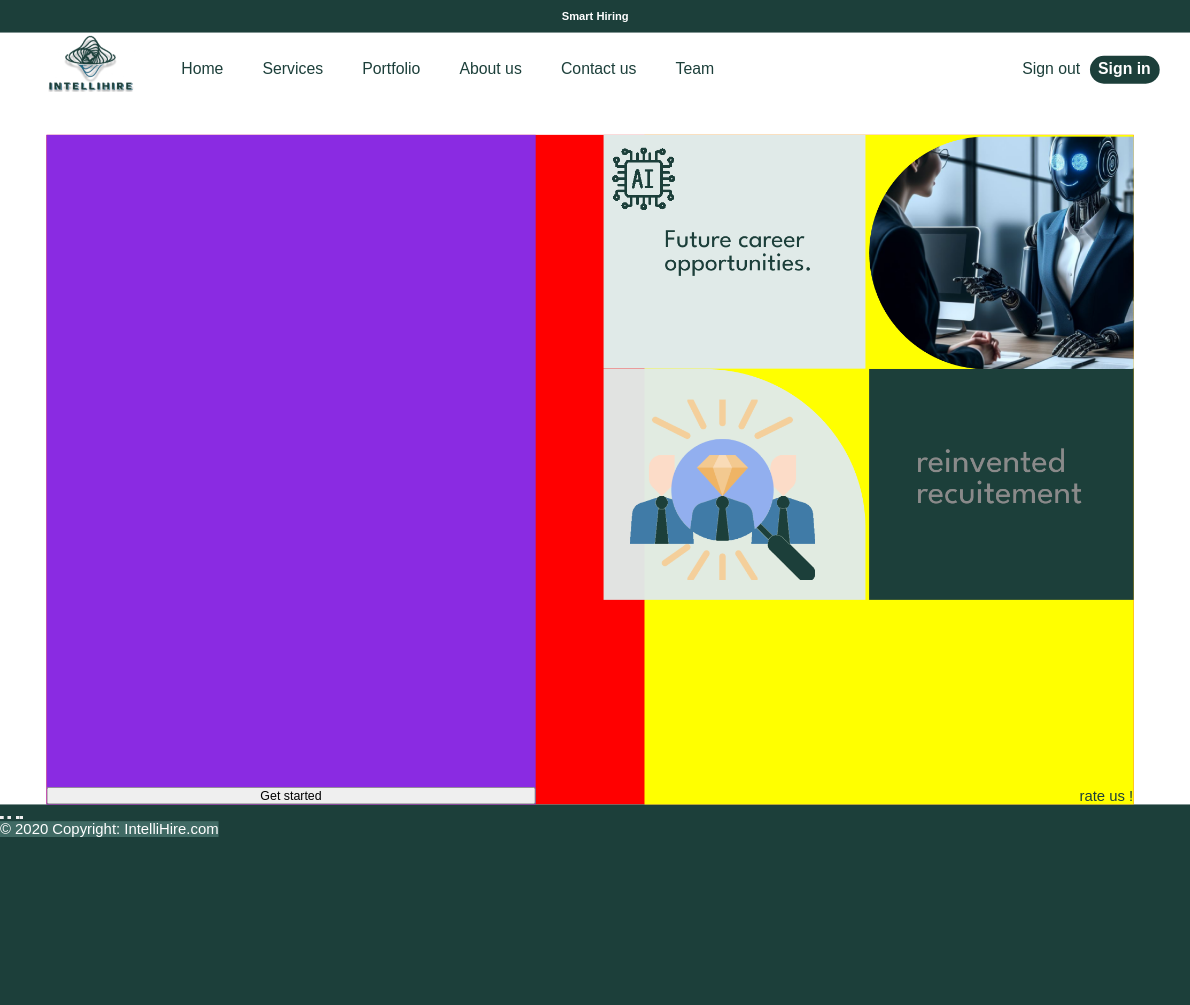
Repository: arijkl/Projet-PFA
Page: HomePage.html
An editor plug-in stored every save of this project. The page is shown before and after the next save, followed by the edit.
The browser window is 1280 px wide. The pictures show the whole page, at 93% of full size.

Above is the page before, as saved 2024-04-21 20:40:08.

After the next save:
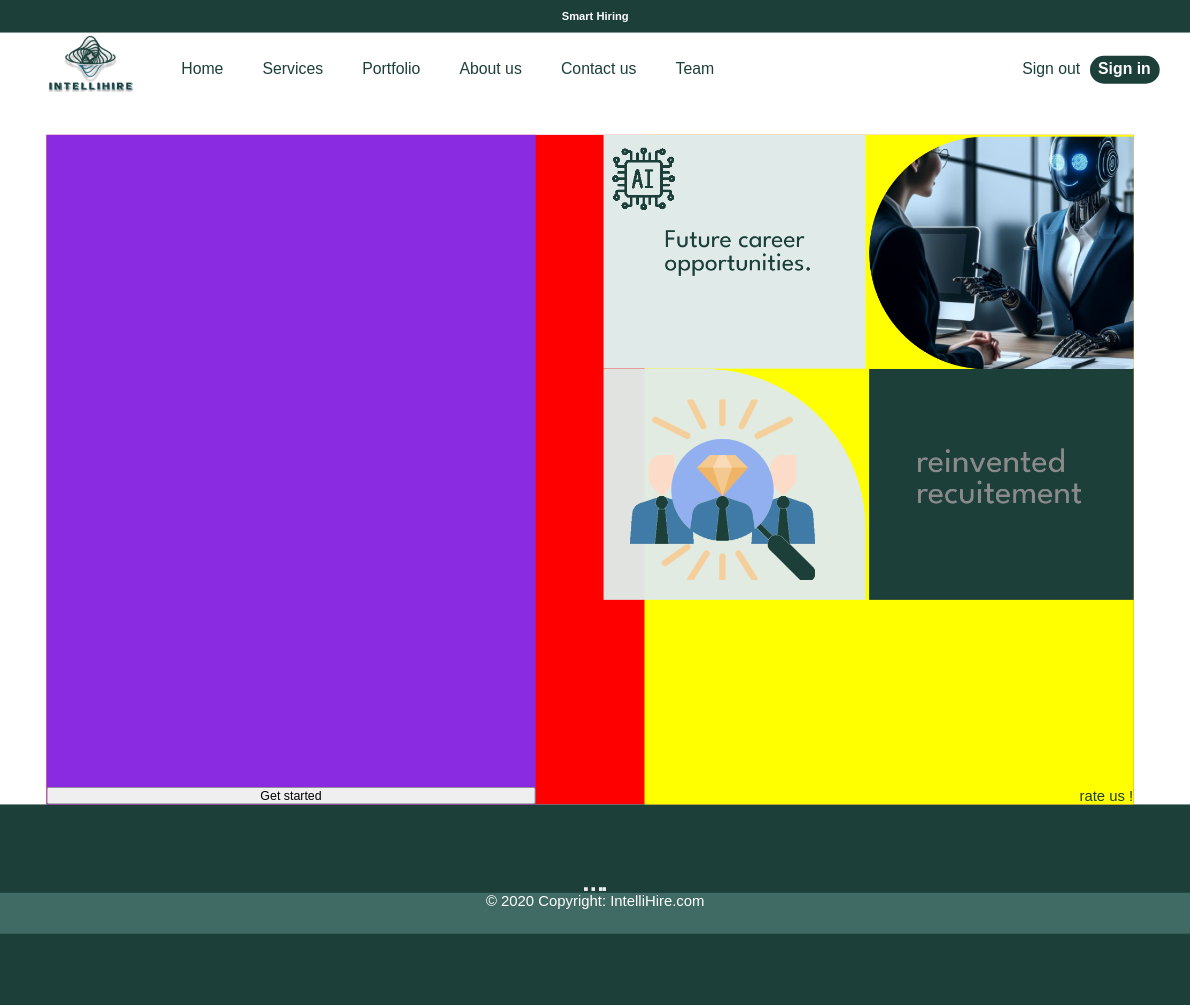
Saved 56 s later.
--- a/HomePage.css
+++ b/HomePage.css
@@ -153,6 +153,10 @@
     background-color:#1C3F3A;
     height:30%;
     color:white;
+    display: flex;
+    flex-direction: column;
+    justify-content: center;
+    text-align: center;
 
 }
 footer span{
